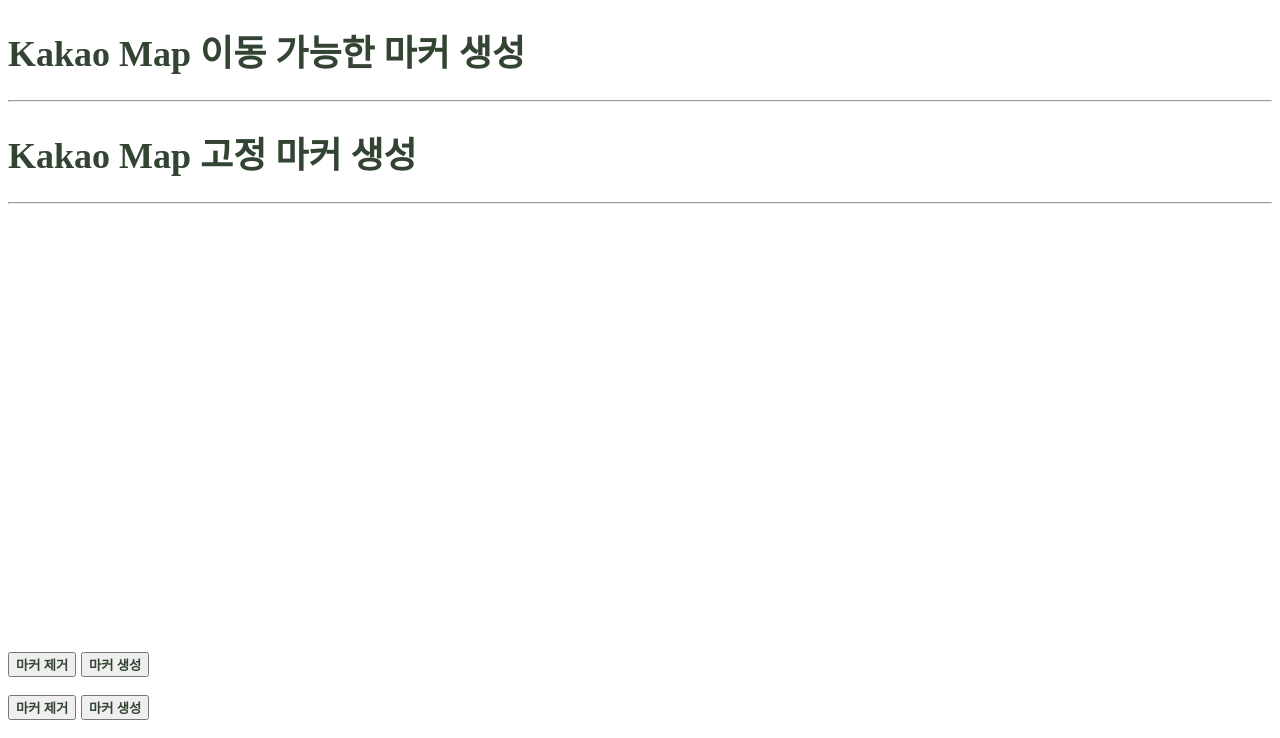
Repository: Jejeong-Moon/KakaoMapStudy
Page: KakaoMapStudy/MapApp/WebContent/MapTest014.html
The author's editor kept a copy of each file at every save. The page is drawn from the files as they stood at one save, then again after the next save.
The browser window is 1280 px wide. The pictures show the whole page.

Above is the page before, as saved 2025-03-11 02:32:31.
Console error: ReferenceError: initialize is not defined

After the next save:
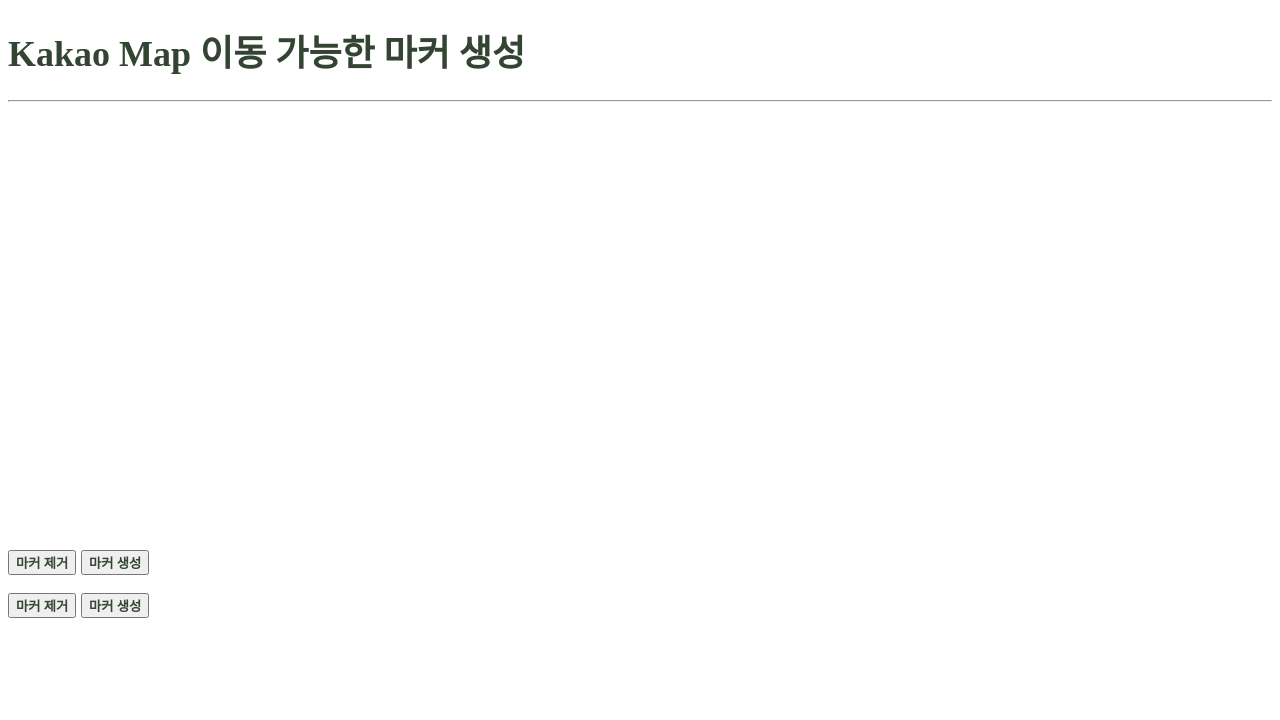
Saved 10 s later.
--- a/KakaoMapStudy/MapApp/WebContent/MapTest014.html
+++ b/KakaoMapStudy/MapApp/WebContent/MapTest014.html
@@ -6,11 +6,6 @@
 <link rel="stylesheet" type="text/css" href="css/main.css">
 </head>
 <body onload="initialize()">
-
-<div>
-	<h1>Kakao Map 이동 가능한 마커 생성</h1>
-	<hr />
-</div>
 
 
 <!-- 지도를 그려낼 div 공간 제작 -->
@@ -22,8 +17,9 @@
 
 <!-- ○ 2번 출구 앞 스타벅스 좌표 -->
 <!-- 37.557291419251065, 126.9236372295092 -->
+
 <div>
-	<h1>Kakao Map 고정 마커 생성</h1>
+	<h1>Kakao Map 이동 가능한 마커 생성</h1>
 	<hr />
 </div>
 
